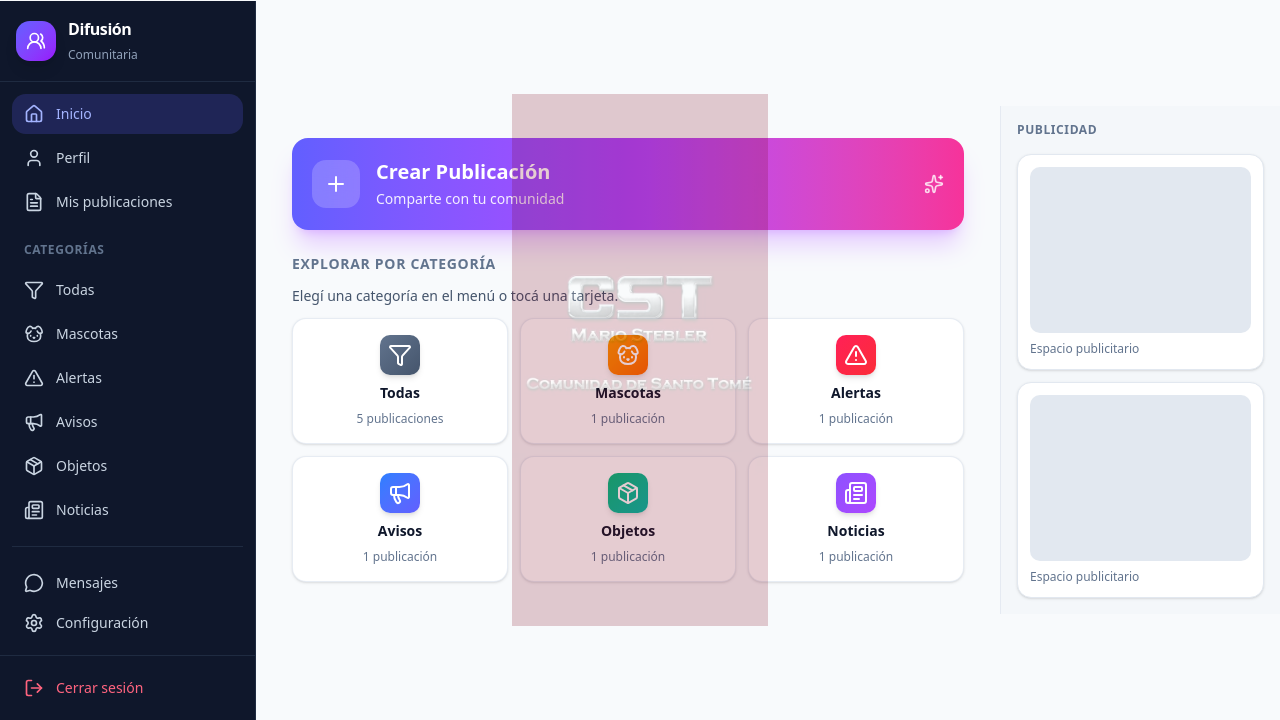
Repository: francoluca35/App-comunitaria
Page: /
The author's editor kept a copy of each file at every save. The page is drawn from the files as they stood at one save, then again after the next save.
The browser window is 1280 px wide. The pictures show the whole page.
The project was rebuilt for these pictures with package versions that can differ from the ones it lists, and the page was loaded fresh each time. The framework's server and built-in components were replaced by stand-ins that run in the browser. Also part of the build but not shown: next.config.mjs.

Above is the page before, as saved 2026-03-06 14:09:20.

After the next save:
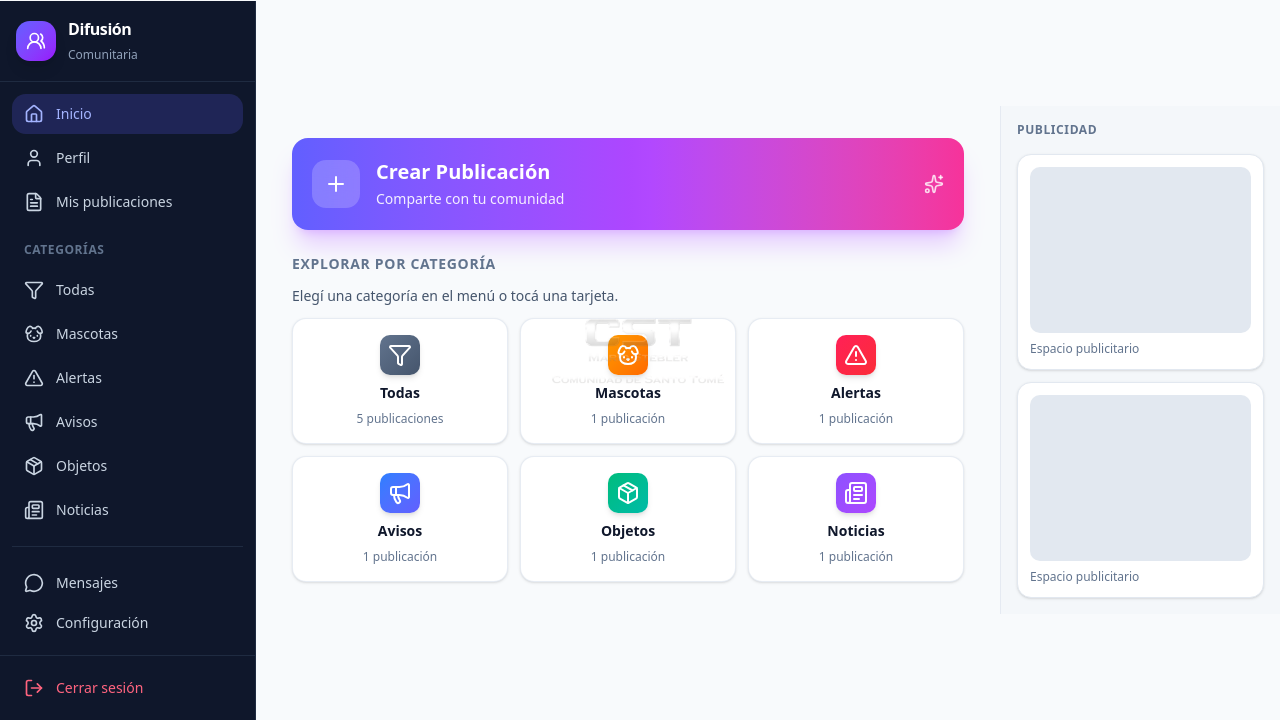
Saved 7 s later.
--- a/src/components/DashboardLayout.tsx
+++ b/src/components/DashboardLayout.tsx
@@ -12,7 +12,7 @@ export function DashboardLayout({ children }: { children: React.ReactNode }) {
     <div className="relative flex min-h-screen bg-slate-50 dark:bg-[#84041c] items-center justify-center">
 
     <img
-      src="/assets/fondo.png"
+      src="/assets/logocst.png"
       alt="logo"
       className="absolute w-64 opacity-20"
     />
